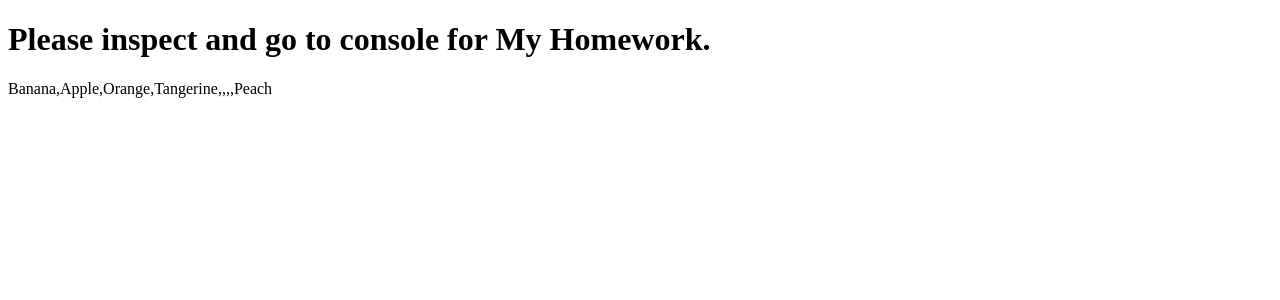
Repository: brightwhitesnow/brightwhitesnow.github.io
Page: Weba/lesson2/homeworkfiles/index.html
The author's editor kept a copy of each file at every save. The page is drawn from the files as they stood at one save, then again after a run of saves.
The browser window is 1280 px wide. The pictures show the whole page.

Above is the page before, as saved 2021-04-18 10:18:46.

### Weba/lesson2/homeworkfiles/index.html
<!DOCTYPE html>
<html lang="en">
<head>
    <meta charset="UTF-8">
    <meta http-equiv="X-UA-Compatible" content="IE=edge">
    <meta name="viewport" content="width=device-width, initial-scale=1.0">
    <title>Document</title>
</head>
<body>

<h1>Please inspect and go to console for My Homework.</h1>

<p id="demo"></p>

<script src="./script.js"></script>
</body>
</html>

### Weba/lesson2/homeworkfiles/script.js
console.log('Bài 1')

for (let b = 0; b <= 100; b = b + 7) {
    console.log(b)
}

console.log('Bài 2')

let i = 1;
let j = 1;
if (i === 1) {
    console.log('Monday')
    i++
}
if (j === 1) {
    console.log('Brush My Teeth')
    console.log('Eat')
    console.log('Go to School')
    j++
}
if (i === 2) {
    console.log('Tuesday')
    i++
}
if (j === 2) {
    console.log('Brush My Teeth')
    console.log('Eat')
    console.log('Go to School')
    j++
}
if (i === 3) {
    console.log('Wednesday')
    i++
}
if (j === 3) {
    console.log('Brush My Teeth')
    console.log('Eat')
    console.log('Go to School')
    j++
}
if (i === 4) {
    console.log('Thursday')
    i++
}
if (j === 4) {
    console.log('Brush My Teeth')
    console.log('Eat')
    console.log('Go to School')
    j++
}
if (i === 5) {
    console.log('Friday')
    i++
}
if (j === 5) {
    console.log('Brush My Teeth')
    console.log('Eat')
    console.log('Go to School')
    j++
}

console.log('Bài 3')

for (let z = 50; z <= 70; z++) {
    console.log('Hello Duong ' + z)
}

console.log('Bai 2 Again')

let bai2 = (thu, name) => {
    console.log(thu)
    console.log('Wake Up!')
    console.log('Brush My teeth')
    console.log(name + ', Eat')
}
bai2('Monday', 'Ben')
bai2('Tuesday', 'Ben')
bai2('Wednesday', 'Ben')
bai2('Thursday', 'Ben')
bai2('Friday', 'Ben')













let z = 7
let y = 5


if (y == 0) {
    console.log('Error')
}

if (z == 0) {
    console.log('Error')
}


console.log('Addition')

let a = (y, z) => {
    console.log(y + z)
}

console.log('Multiplication')

let m = (y, z) => {
    console.log(y * z)
}

console.log('Subtraction')

let s = (y, z) => {
    console.log(y - z)
}

console.log('Division')

let d = (y, z) => {
    console.log(y / z)
}





var arr1 = ["Banana", "Apple", "Orange", "Tangerine", "", "", ""];
var myChildren = arr1.concat("Peach");
document.getElementById("demo").innerHTML = myChildren;

After the next 2 saves:
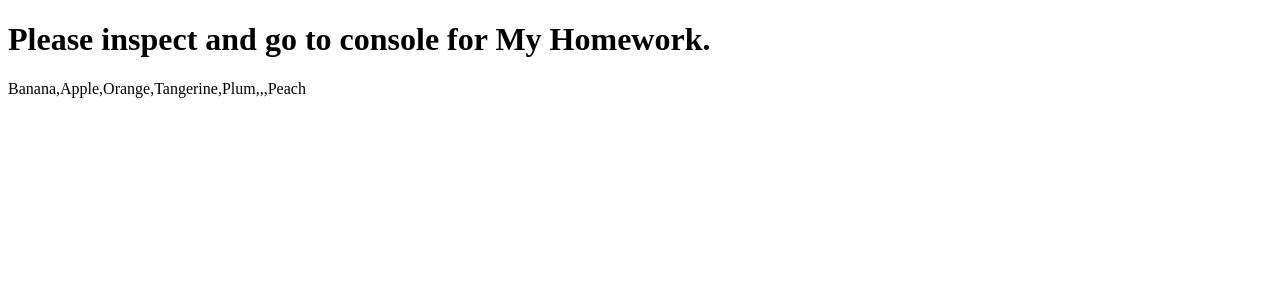
The 2 saves are shown as one change because they came seconds apart.
The last was saved 6 s later.
--- a/Weba/lesson2/homeworkfiles/script.js
+++ b/Weba/lesson2/homeworkfiles/script.js
@@ -132,6 +132,6 @@ let d = (y, z) => {
 
 
 
-var arr1 = ["Banana", "Apple", "Orange", "Tangerine", "", "", ""];
+var arr1 = ["Banana", "Apple", "Orange", "Tangerine", "Plum", "", ""];
 var myChildren = arr1.concat("Peach");
 document.getElementById("demo").innerHTML = myChildren;
